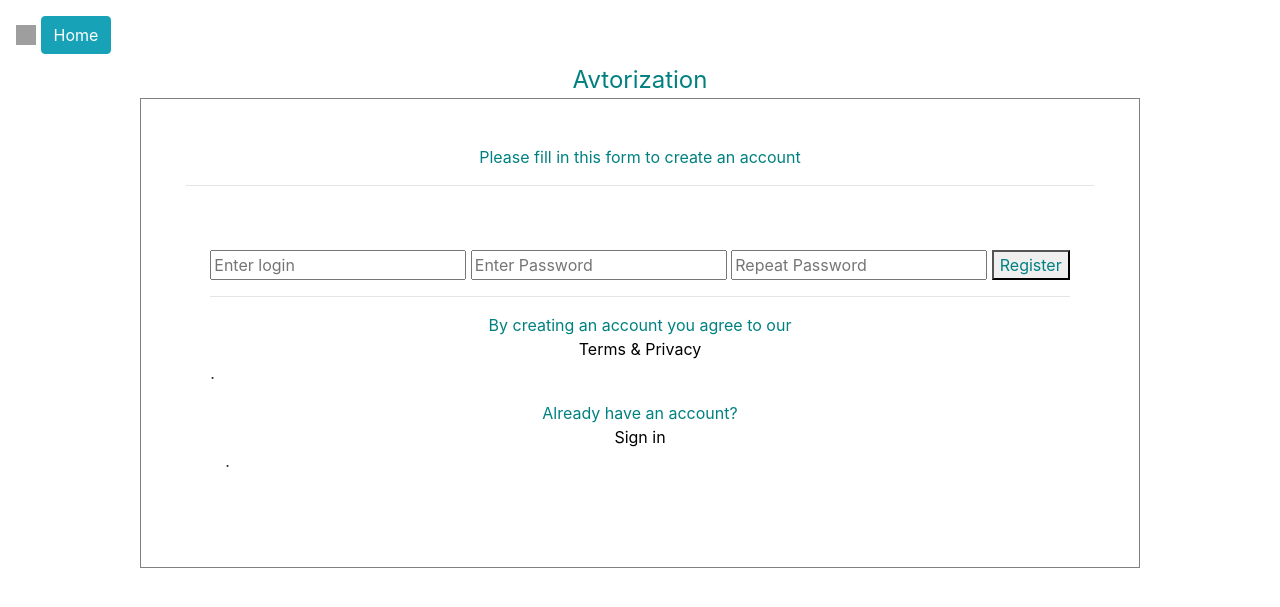
Repository: Serpaton/Work-place
Page: http://localhost/registration
An editor plug-in stored every save of this project. The page is shown before and after the next save, followed by the edit.
The browser window is 1280 px wide. The pictures show the whole page.
Pictures or frames that could not be fetched are drawn as grey boxes. The page is this project's Thymeleaf template; nobody is signed in. The template is opened directly, without the code that normally fills it, so the values that code supplies are empty.

Above is the page before, as saved 2020-02-24 22:56:29.
Console error: TypeError: Cannot read properties of undefined (reading 'fn')

After the next save:
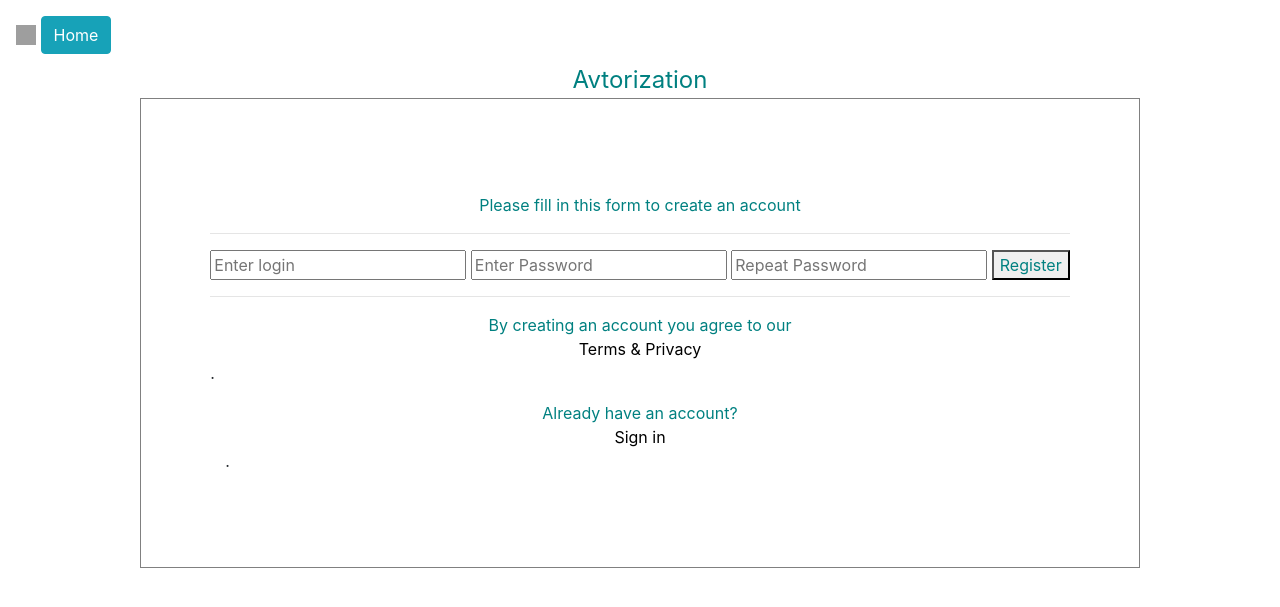
Saved 36 s later.
--- a/My projects/NewsBlogg/NewsBlogg/src/main/resources/templates/registration.html
+++ b/My projects/NewsBlogg/NewsBlogg/src/main/resources/templates/registration.html
@@ -23,10 +23,9 @@
           <td>
 
 <main role="main" class="container">
-
+<div class="starter-template">
 <font color="#008080"><p><center>Please fill in this form to create an account</center></p></font>
 <hr>
-    <div class="starter-template">
         <form th:action="@{/registration}" th:object="${request}" method="post">
         	<input type="text" placeholder="Enter login" name="name" th:field="*{name}"/>
         	<input type="password" placeholder="Enter Password" th:field="*{login}"/>
